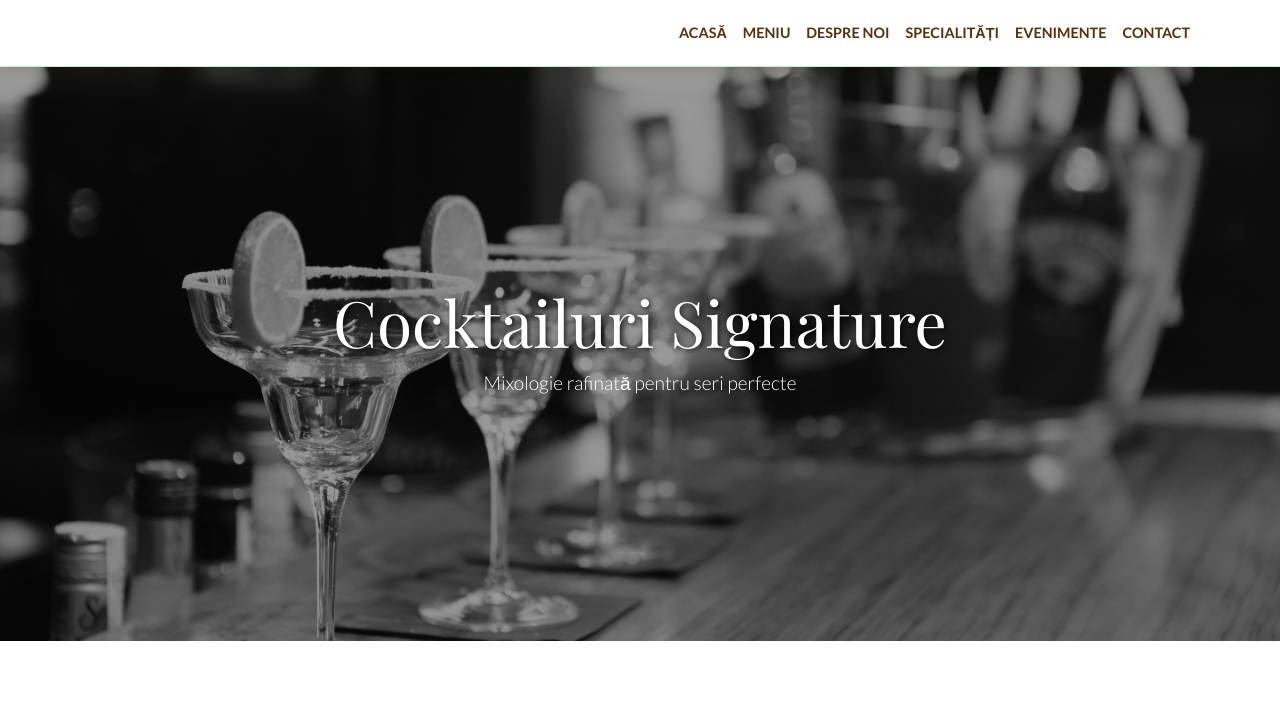
Repository: 912-Comsa-Teodora/bistrot-restaurant
Page: restaurant/index.html
An editor plug-in stored every save of this project. The page is shown before and after the next save, followed by the edit.
The browser window is 1280 px wide. The pictures show the part of the page from y = 0 to 701 px (the page is 2972 px tall).
A picture or video elsewhere on the page could not be fetched, so the positions and the page height are approximate.

Above is the page before, as saved 2026-01-17 14:55:39.

After the next save:
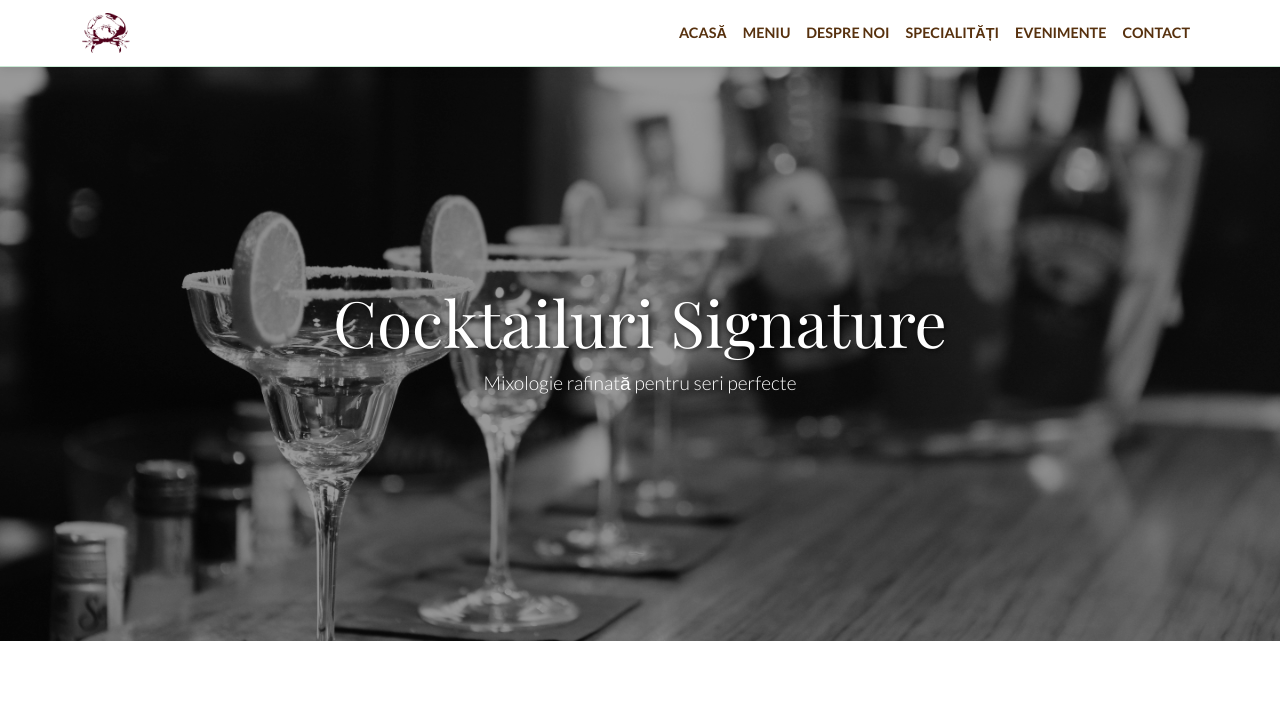
Saved 90 s later.
--- a/restaurant/index.html
+++ b/restaurant/index.html
@@ -25,7 +25,7 @@
 
         body {
             font-family: 'Lato', sans-serif;
-            color: var(--text-brown);
+            color: var(--primary-dark);
             padding-top: 65px;
             background-color: var(--white);
         }
@@ -203,7 +203,7 @@
         <nav class="navbar navbar-expand-lg navbar-light fixed-top">
             <div class="container">
                 <a class="navbar-brand" href="index.html">
-                    <img src="./pictures/Bistrot-Elegance-Logo.png" alt="Logo Bistrot Elegance">
+                    <img src="./pictures/Bistrot-Elegance-Logo-visiniu.png" alt="Logo Bistrot Elegance">
                 </a>
 
                 <button class="navbar-toggler" type="button" data-bs-toggle="collapse" data-bs-target="#navbarContent" aria-controls="navbarContent" aria-expanded="false" aria-label="Toggle navigation">
